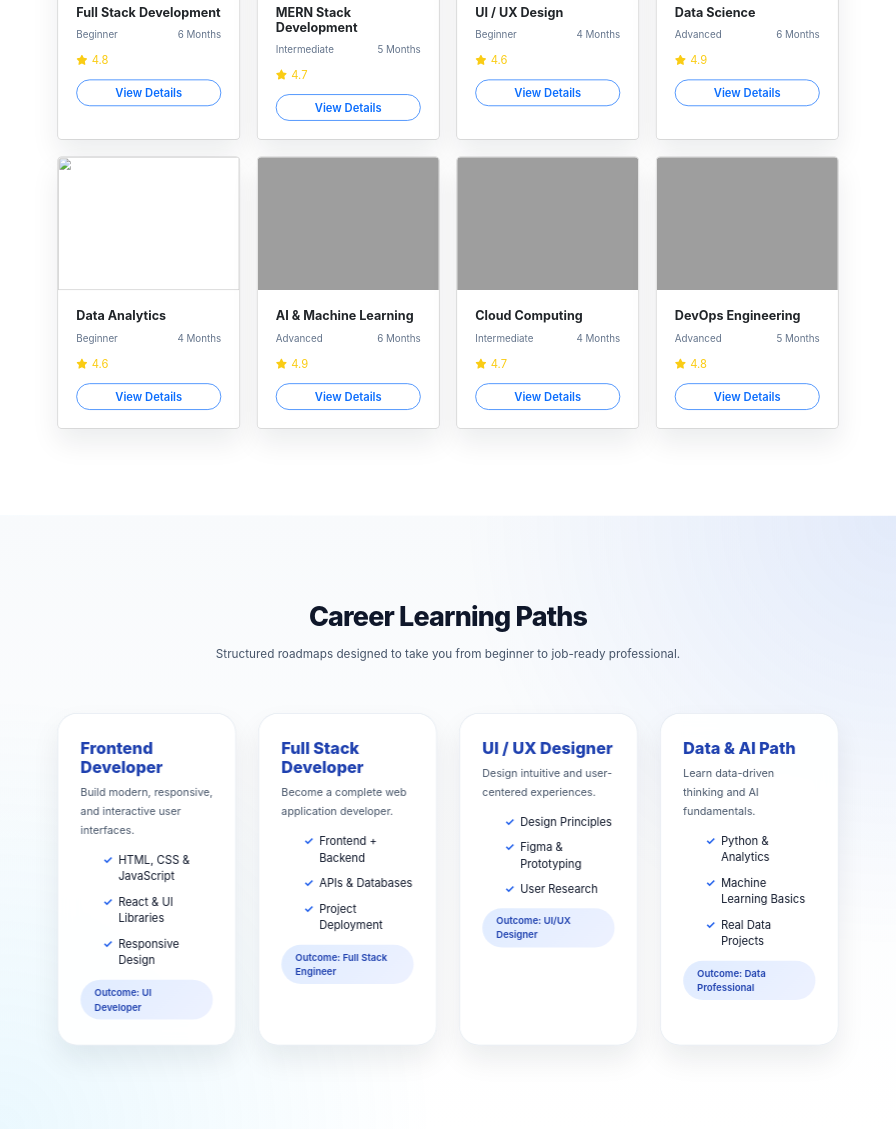
Repository: Aswin74k/project-2
Page: /
An editor plug-in stored every save of this project. The page is shown before and after the next save, followed by the edit.
The browser window is 1280 px wide. The pictures show the part of the page from y = 1462 to 3382 px (the page is 3075 px tall before and 3382 px after), at 70% of full size.
Pictures or frames that could not be fetched are drawn as grey boxes. The project was rebuilt for these pictures with package versions that can differ from the ones it lists, and the page was loaded fresh each time. Also part of the build but not shown: vite.config.js, src/project/course.css, src/project/Course.jsx, src/project/About.css, src/project/About.jsx, src/project/Enroll.css, src/project/Enroll.jsx, src/project/contact.css and 2 more.

Above is the page before, as saved 2025-12-25 16:49:51.

After the next save:
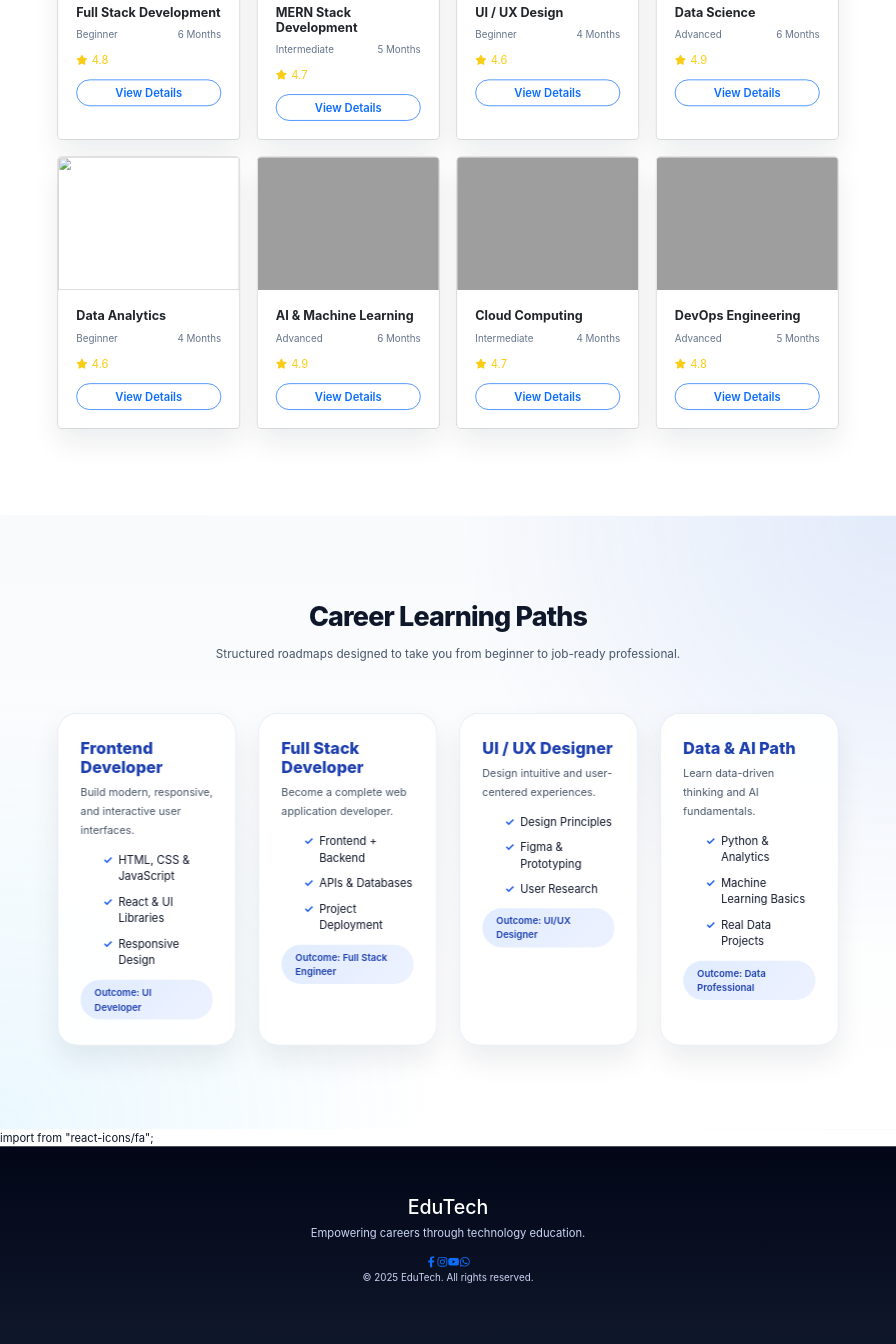
Saved 32 s later.
--- a/src/project/Home.jsx
+++ b/src/project/Home.jsx
@@ -249,6 +249,39 @@ export default function Home() {
   </div>
 </section>
 
+import { FaFacebookF, FaInstagram, FaYoutube, FaWhatsapp } from "react-icons/fa";
+
+<footer className="footer">
+  <Container className="text-center">
+    <h3 className="footer-logo">EduTech</h3>
+
+    <p className="footer-tagline">
+      Empowering careers through technology education.
+    </p>
+
+    <div className="footer-social">
+      <a href="#" aria-label="Facebook">
+        <FaFacebookF />
+      </a>
+
+      <a href="#" aria-label="Instagram">
+        <FaInstagram />
+      </a>
+
+      <a href="#" aria-label="YouTube">
+        <FaYoutube />
+      </a>
+
+      <a href="#" aria-label="WhatsApp">
+        <FaWhatsapp />
+      </a>
+    </div>
+
+    <p className="copy">
+      © 2025 EduTech. All rights reserved.
+    </p>
+  </Container>
+</footer>
 
     </div>
   );
